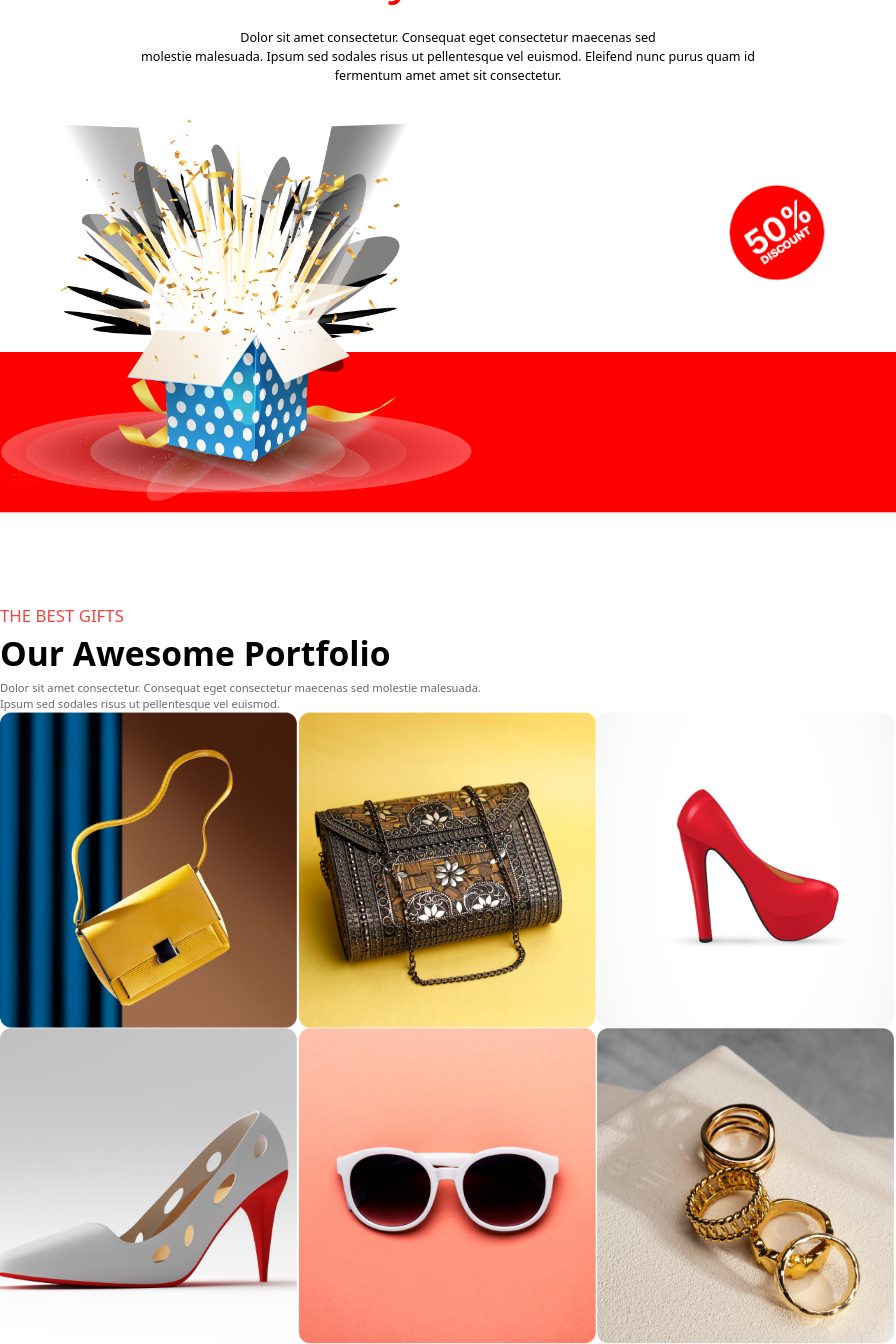
Repository: nahid-hasann/landing-page-1
Page: index.html
These files come from the project's save history. The page is drawn as it stood at one moment and after a run of saves; the edit follows.
The browser window is 1280 px wide. The pictures show the part of the page from y = 3807 to 5727 px (the page is 5727 px tall before and 5720 px after), at 70% of full size.
Some web libraries are served in a nearby version.

Above is the page before, as saved 2025-07-09 21:34:41.

### index.html
<!DOCTYPE html>
<html lang="en">
<head>
    <meta charset="UTF-8">
    <meta name="viewport" content="width=device-width, initial-scale=10">
    <title>Document</title>
    <link rel="stylesheet" href="style.css">
    <script src="https://cdn.tailwindcss.com"></script>

</head>
<body>

<main class="main">

  <section>
      <div class="banner">

        <h6 style="color: white; text-align: center;">Happy New Year</h6>
        <h1 style="color: white; text-align: center;">New Year Party Celebration</h1>

    </div>
  </section>

<section class="discount-section">
      <div class="discount">

      <h1 class="discount-of">65% OFF</h1>
      <br>
      <br>
      <br>
      <p class="discount-p">OUR HOLIDAY DEALS ARE BETTER</p>
      <br>
      <h4 class="discount-h">ALL CATEGORIES</h4>
      <br>
      <img style="width: 802px; text-align: center; margin: auto;" src="images/New Year Photo.png" alt="">

  </div>
</section>

<section class="midnight-party">
      <div>
        <h1 style="font-size: 64px; color: white;">Welcome to midnight party</h1>
        <br>
        <p style="font-size: 18px; color: #b09f7c;">Dolor sit amet consectetur. Consequat eget consectetur maecenas sed molestie malesuada. Ipsum sed sodales risus ut pellentesque vel euismod. </p>
        <br>
        <p style="font-size: 20px ; font-weight: 700; color: white;">Join Now</p>
      </div>

      <img src="images/Group 70.png" alt="">

</section >

<section class=" offer">

         <p style="font-size: 30px;"><span style="color: red; font-size: 30px;">Place:</span> New Park Hotel</p>
         <br>
         <p style="font-size: 30px;"><span style="color: red; font-size: 30px;">Date:</span> 31 December Night 2023</p>
         <br>
         <p style="font-size: 30px;"><span style="color: red; font-size: 30px;">Time:</span> Evening 7.30 pm to 12.30 am</p>
         <br>
         <br>
         <button class="btn">Join Now</button>

</section>


<section class="new-best-offer">

<div class="new-offer1">
  <p style="font-size: 24px; color: red;">NEW BEST OFFER</p>
  <br>
  <h1 style="font-size: 48px;">Coming Soon</h1>
  <br>
  <p style="font-size: 20px ; color: rgba(7, 2, 17, 0.6);">Dolor sit amet consectetur. Consequat eget consectetur maecenas sed molestie malesuada. Ipsum sed sodales risus ut pellentesque vel euismod. </p>
</div>

<div style="padding-right: 100px;" class="new-offer2">
    <div class="circle-border">
      <img style="width: 364px; " src="images/Ellipse 1.png" alt="">
    </div>
</div>

<div class="new-offer3">
      <h2>2024</h2>
      <p>Dolor sit amet consectetur. Consequat eget consectetur maecenas sed.</p>
      <img src="images/Group 96.png" alt="">
</div>

</section>


<section class="holidays">

  <div>
    <p style="font-size: 24px ; text-align: center;">WHAT IS FUNCTIONAL</p>
    <br>
    <h1 style="font-size: 72px; text-align: center;"><span style="color: red; text-align: center;">Holidays</span> Sale 50%</h1>
    <br>
    <p style="text-align: center; font-size: 18px ; padding: 0px 100px;">Dolor sit amet consectetur. Consequat eget consectetur maecenas sed <br>
molestie malesuada. Ipsum sed  sodales risus ut pellentesque vel euismod. Eleifend nunc purus quam id <br> fermentum amet amet sit consectetur.</p>
  </div>

  <div class="holidays-img">
    <img class="img1" src="images/Group 75.png" alt="">
    <img class="img2" src="images/Group 44.png" alt="">
  </div>


</section>


<section class="img-show">

   <div>
    <p class="text-red-500  text-[24px]">THE BEST GIFTS</p>
    <h1 class="text-[48px] font-bold">Our Awesome Portfolio</h1>
    <p class="text-[rgba(7,2,17,0.6)]">Dolor sit amet consectetur. Consequat eget consectetur maecenas sed molestie malesuada. <br>
    Ipsum sed sodales risus ut pellentesque vel euismod. </p>
   </div>

   <div class="img-show-1">
    <img src="images/Rectangle 3.png" alt="">
    <img src="images/Rectangle 4.png" alt="">
    <img src="images/Rectangle 5.png" alt="">
    <img src="images/Rectangle 6.png" alt="">
    <img src="images/Rectangle 7.png" alt="">
    <img src="images/Rectangle 8.png" alt="">
   </div>

</section>

</main>





</body>
</html>

### style.css
*{
    margin: 0;
    padding: 0;
    box-sizing: border-box;
}

.main{
    max-width: 1320px;
    margin: auto;
}

.banner{
    background: linear-gradient(rgba(0, 0, 0, 0.5), rgba(0, 0, 0, 0.5)), url(images/banner.png);
    background-repeat: no-repeat;
    background-size: cover;
    background-position: center;
    margin: 20px auto;
    height: 600px;
    display: flex;
    flex-direction: column;
    justify-content: center;
    border-radius: 15px;

}

.banner h1 {
   font-size: 72px;
}

.banner h6{
    font-size: 32px;
}

.discount{
    display: flex;
    flex-direction: column;
    justify-content: center;
    align-items: center;
}

.discount-of{
    font-size: 88px;
    color: red;
}

.discount-p{
    font-size: 24px ;
    color: red;

}

.discount-h{
    font-size: 48px;
}

.discount-section{
    margin: 130px 0;
}

.midnight-party{
    display: flex;
    justify-content: space-around;
    background: linear-gradient(rgba(0, 0, 0, 0.5), rgba(0, 0, 0, 0.5)), url('images/Vectorrr.png');
    align-items: center;
    padding: 40px 100px;
    border-radius: 10px;
    gap: 40px;
    margin-bottom: 130px;
}

.offer{
    background: linear-gradient(to bottom, #ffeaea, #ffffff);
    padding: 100px;
    display: flex;
    flex-direction: column;
    align-items: center;
    margin-bottom: 130px;
    border-radius: 10px;
}

.btn{
    padding: 13px 24px;
    border: none;
    background-color: red;
    border-radius: 5px;
}

.new-best-offer{
    display: flex;
    gap: 50px;
    align-items: center;
    justify-content: space-between;
    margin: 130px auto;
}

.new-offer2 .circle-border{
    width: 500px;
    height: 500px;
    border-radius: 50%;
    display: flex;
    justify-content: center;
    background: transparent;
    align-items: center;
    border: 20px solid red;

}

.new-offer2 img {
    width: 90%;                 /* Size adjust */
    height: auto;
    object-fit: cover;          /* Maintain image aspect */
}

.holidays{
    margin-bottom: 130px;
}

.img1{
    width: 674px;
}

.img2{
    width: 200px;
    margin-bottom: 300px;
    margin-right: 70px;
}

.holidays-img{
    background-image: url('images/rectangle.png');
    background-repeat: no-repeat;
    background-position: center bottom;
    display: flex;
    justify-content: space-between;
    align-items: flex-end;
    margin-top: 50px;
}

.img-show-1{

    display: grid;
    grid-template-columns: 1fr 1fr 1fr;
}

After the next 7 saves:
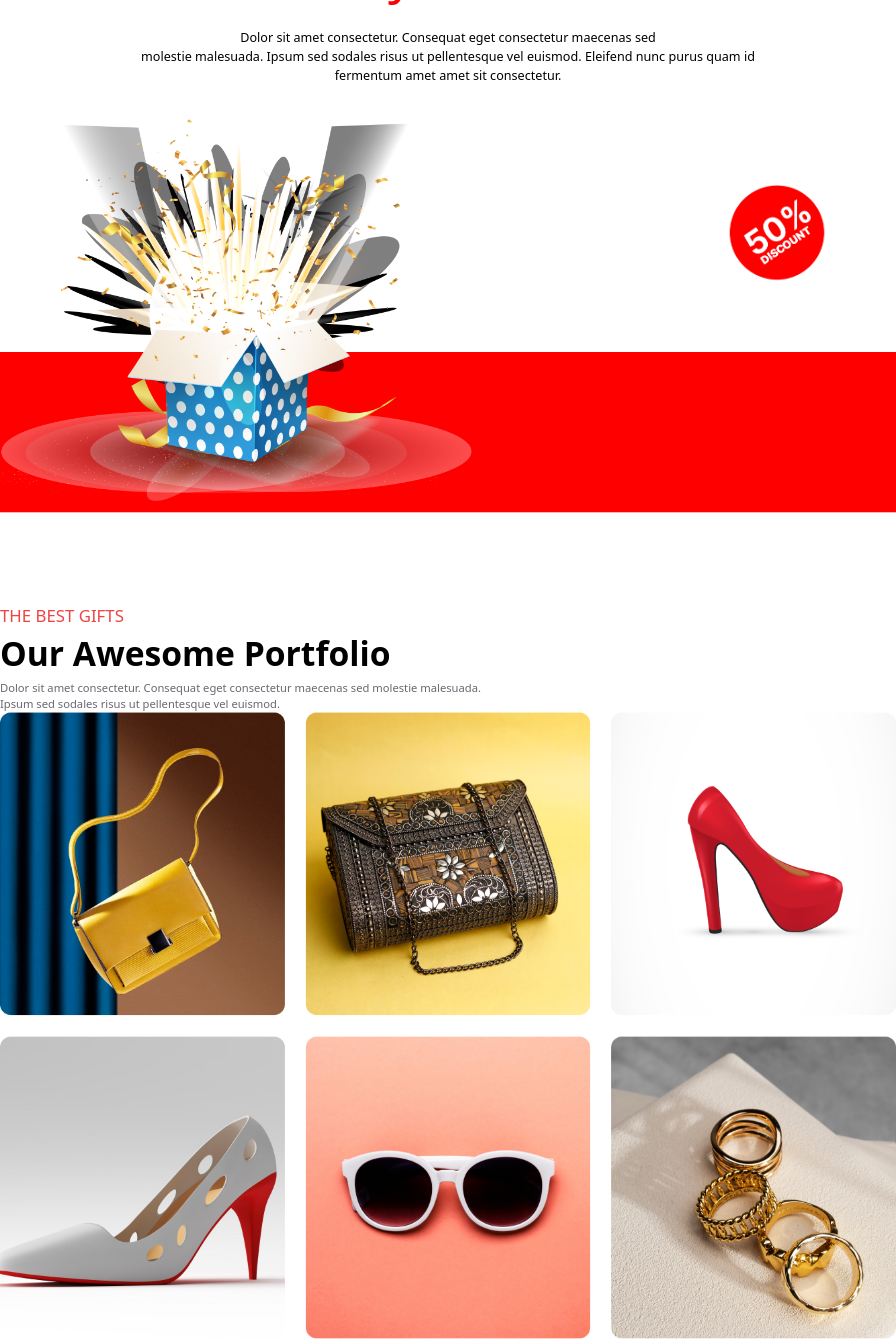
The 7 saves are shown as one change because they came seconds apart.
The last was saved 55 s later.
--- a/style.css
+++ b/style.css
@@ -139,4 +139,6 @@
 
     display: grid;
     grid-template-columns: 1fr 1fr 1fr;
+    column-gap: 30px;
+    row-gap: 30px;
 }
